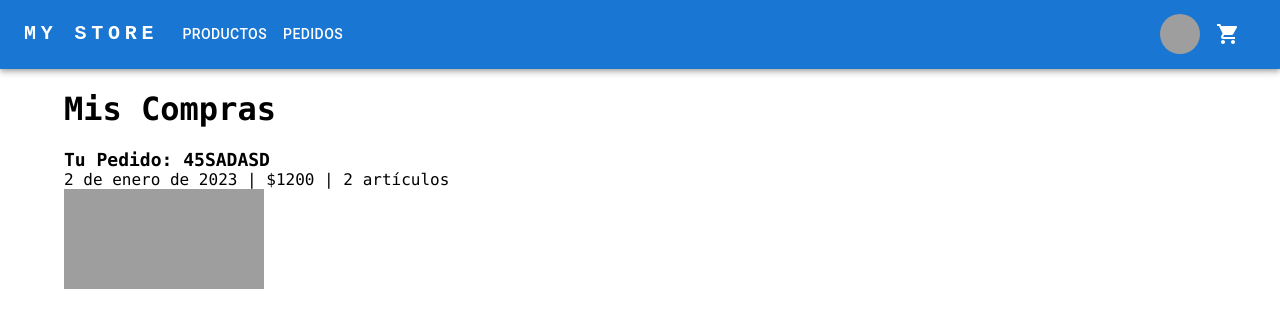
Repository: DanielBorussia/front-my-store
Page: /OrderList
The author's editor kept a copy of each file at every save. The page is drawn from the files as they stood at one save, then again after the next save.
The browser window is 1280 px wide. The pictures show the whole page.
Pictures or frames that could not be fetched are drawn as grey boxes. The project was rebuilt for these pictures with package versions that can differ from the ones it lists, and the page was loaded fresh each time. Also part of the build but not shown: src/components/OrderItem.js, src/containers/MyOrderPreview.js, src/components/ProductItem.js, src/hooks/useGetProducts.js, src/shared/Loading.js, src/containers/ProductList.js, src/pages/Home.js.

Above is the page before, as saved 2023-07-01 16:47:18.

After the next save:
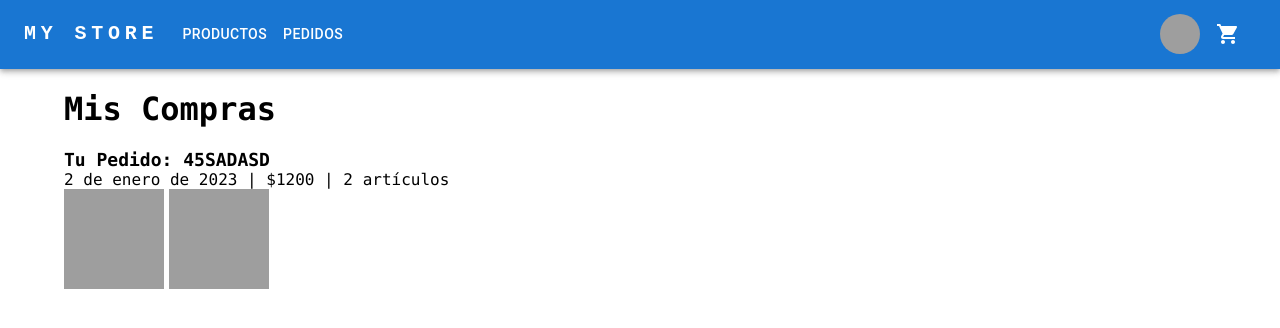
Saved 11 s later.
--- a/src/styles/ShoppingItem.scss
+++ b/src/styles/ShoppingItem.scss
@@ -14,6 +14,7 @@
     .shoppingItem__products{
         display: flex;
         .shoppingProductItem{
+            margin-right: 5px;
             img{
                 width: 100px;
                 height: 100px;
